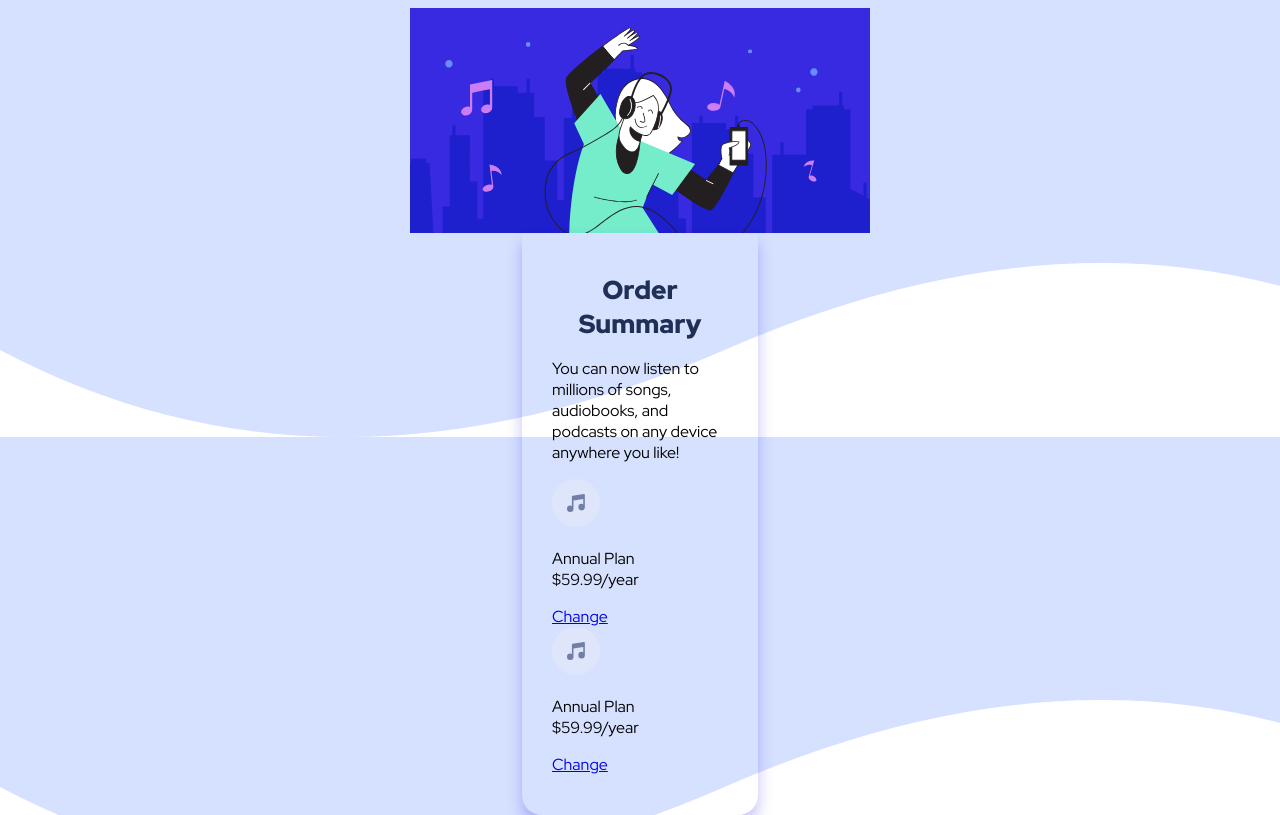
Repository: Pawan-pediredla/frontend-mentors
Page: order-summary-card/order-summary-component-main/markup/index.html
An editor plug-in stored every save of this project. The page is shown before and after the next save, followed by the edit.
The browser window is 1280 px wide. The pictures show the whole page.

Above is the page before, as saved 2024-06-22 12:14:17.

After the next save:
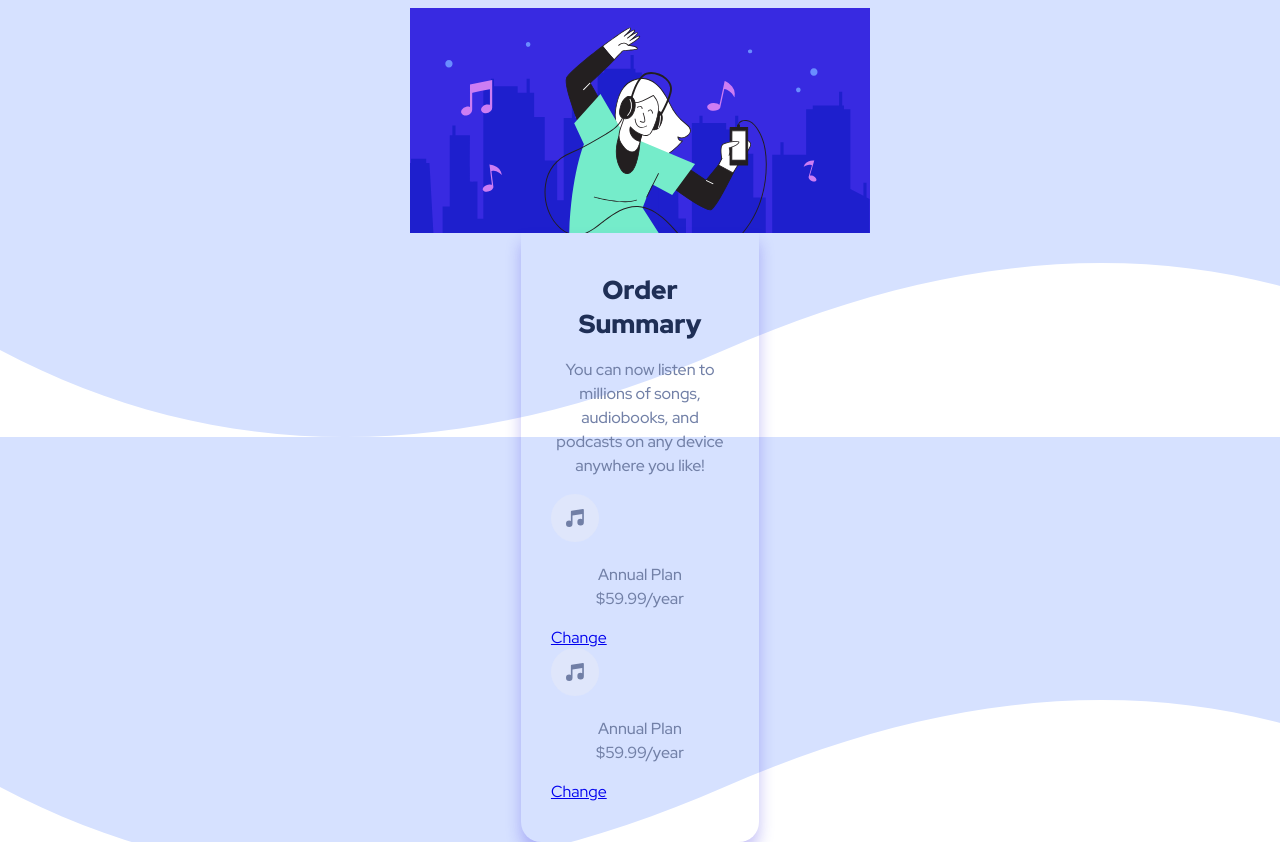
Saved 10 s later.
--- a/order-summary-card/order-summary-component-main/styling/index.css
+++ b/order-summary-card/order-summary-component-main/styling/index.css
@@ -51,3 +51,11 @@
     font-weight: 900;
     margin-top: 10px;
   }
+
+  .content p {
+    color: var(--desaturated-blue);
+    font-size: 16px;
+    text-align: center;
+    font-weight: 500;
+    line-height: 1.5rem;
+  }
